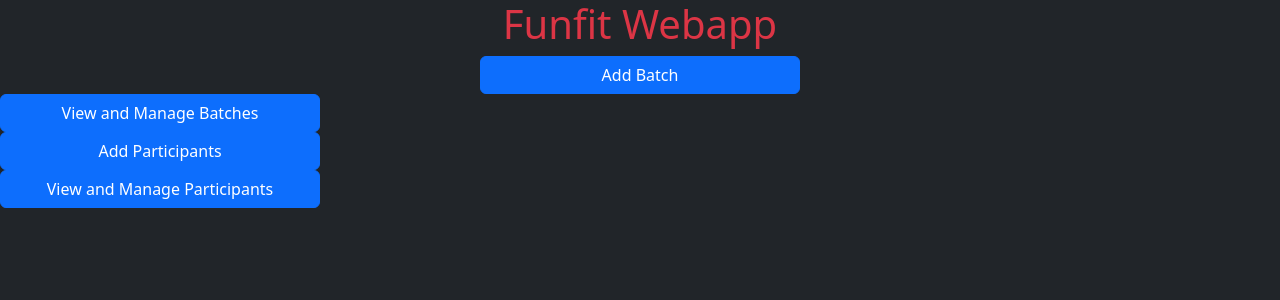
Repository: Jannis-Buschhaus/simplilearn-assessment-phase2
Page: http://localhost/FunfitWebapp/
These files come from the project's save history. The page is drawn as it stood at one moment and after the next save; the edit follows.
The browser window is 1280 px wide. The pictures show the whole page.
The page is served by Tomcat 9.

Above is the page before, as saved 2024-05-30 14:21:33.

After the next save:
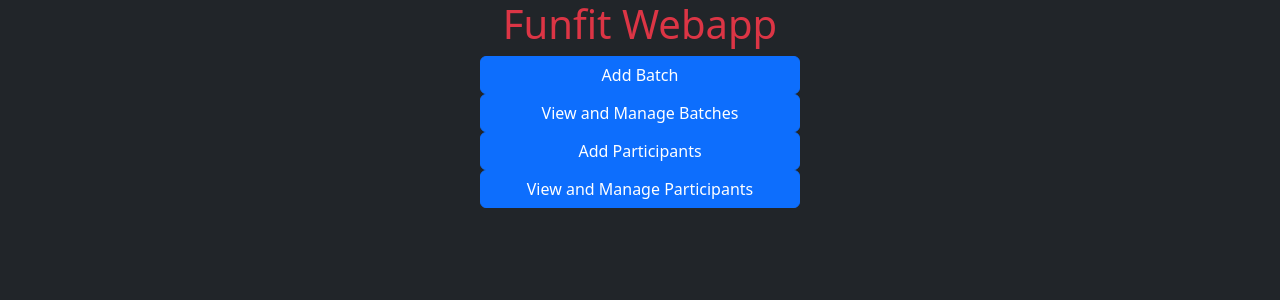
Saved 30 s later.
--- a/FunfitWebapp/src/main/webapp/index.jsp
+++ b/FunfitWebapp/src/main/webapp/index.jsp
@@ -13,8 +13,14 @@
 	<div class="text-center">
 		<a class="btn btn-primary w-25 text-center" href="addBatch.jsp">Add Batch</a><br />
 	</div>
-	<a class="btn btn-primary w-25 text-center" href="BatchController">View and Manage Batches</a><br />
-	<a class="btn btn-primary w-25 text-center" href="ParticipantsController?target=addParticipant">Add Participants</a><br />
-	<a class="btn btn-primary w-25 text-center" href="ParticipantsController?target=viewParticipant">View and Manage Participants</a><br />
+	<div class="text-center">
+		<a class="btn btn-primary w-25 text-center" href="BatchController">View and Manage Batches</a><br />
+	</div>
+	<div class="text-center">
+		<a class="btn btn-primary w-25 text-center" href="ParticipantsController?target=addParticipant">Add Participants</a><br />
+	</div>
+	<div class="text-center">
+		<a class="btn btn-primary w-25 text-center" href="ParticipantsController?target=viewParticipant">View and Manage Participants</a><br />
+	</div>
 </body>
 </html>
